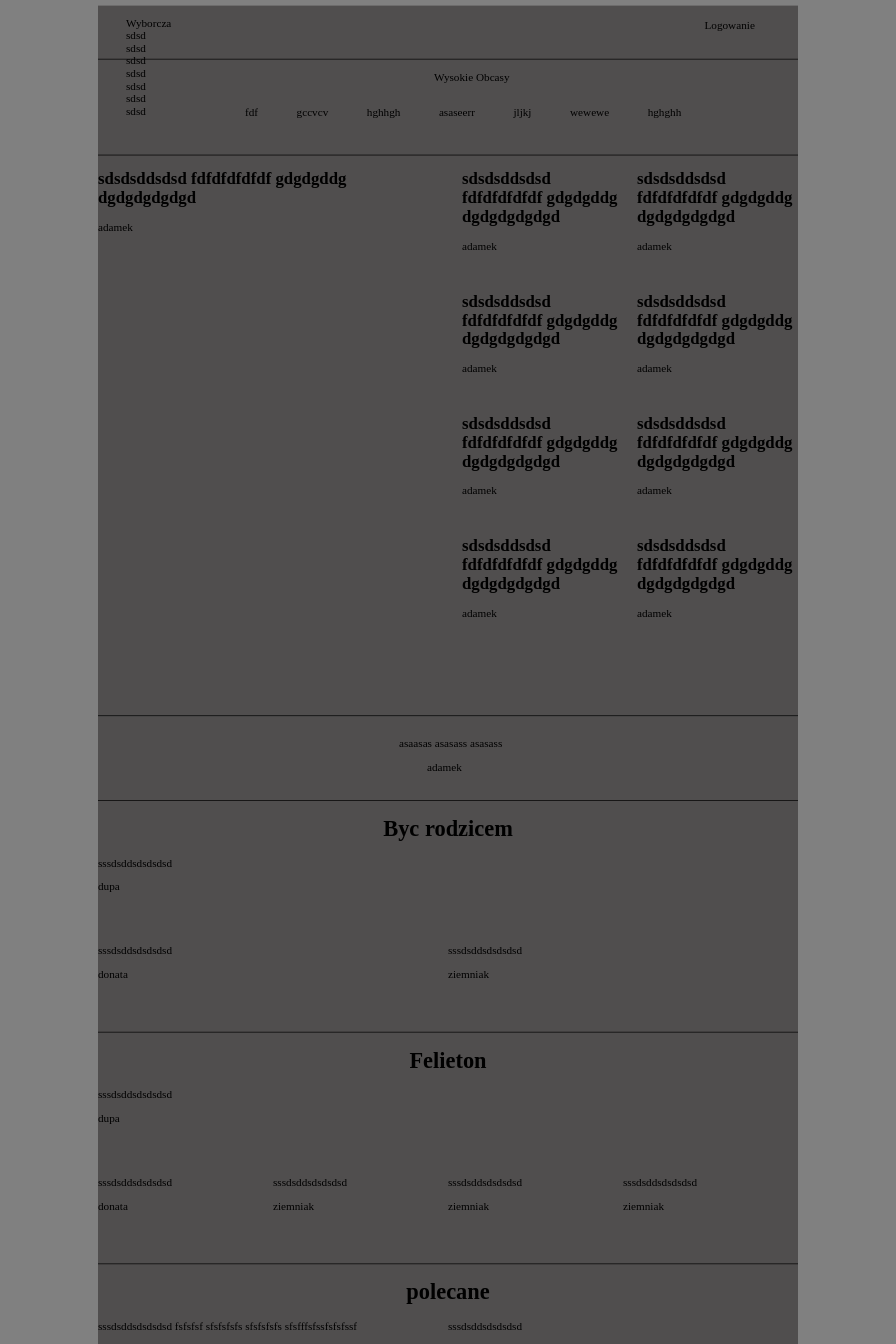
Repository: kq333/pitupitu.pl
Page: index.html
The author's editor kept a copy of each file at every save. The page is drawn from the files as they stood at one save, then again after the next save.
The browser window is 1280 px wide. The pictures show the part of the page from y = 0 to 1920 px (the page is 2785 px tall), at 70% of full size.
The style sheet was rebuilt from its Sass, Less or Tailwind sources for each picture, by a compiler version that may differ from the author's.

Above is the page before, as saved 2020-11-04 13:30:49.

After the next save:
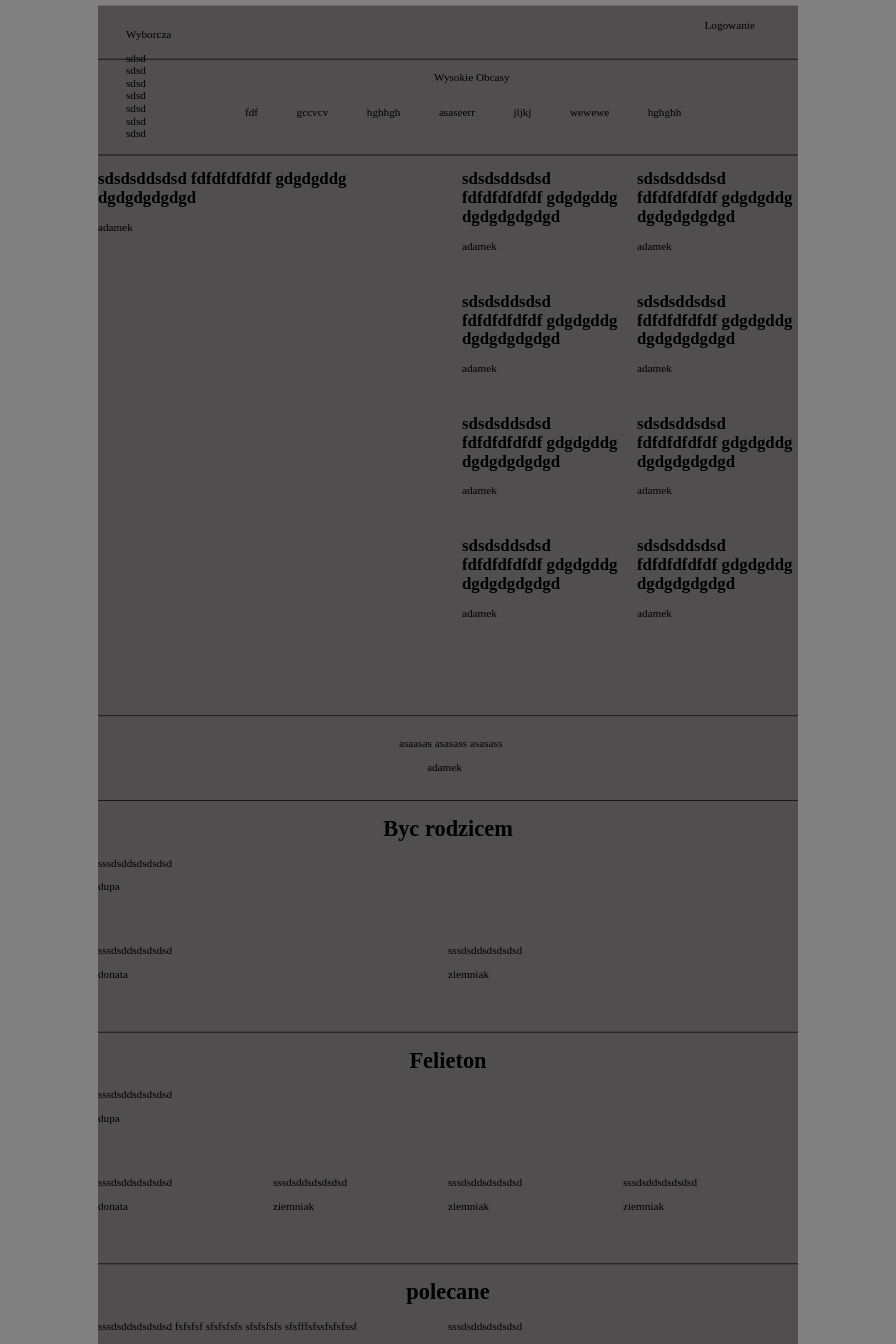
Saved 91 s later.
--- a/index.html
+++ b/index.html
@@ -12,7 +12,7 @@
 <div id="container">
   <div id="content">
     <div id=bar>
-        <ul class="ul_bar">Wyborcza
+        <ul class="ul_bar"><p>Wyborcza</p>
             <li>sdsd</li>
             <li>sdsd</li>
             <li>sdsd</li>
